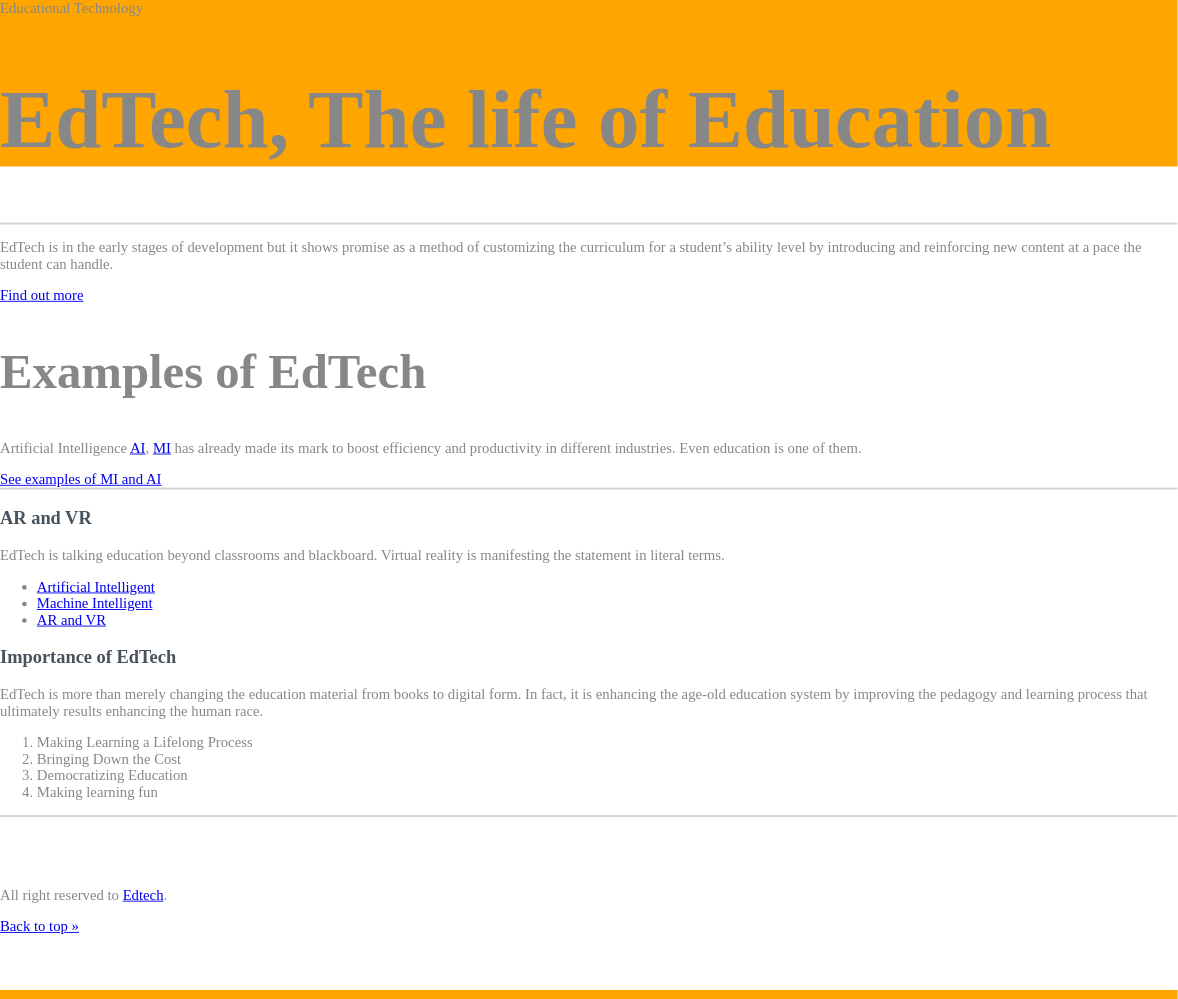
Repository: tunmishyi/edtech
Page: index.html
These files come from the project's save history. The page is drawn as it stood at one moment and after the next save; the edit follows.
The browser window is 1280 px wide. The pictures show the whole page, at 92% of full size.

Above is the page before, as saved 2020-06-06 17:35:57.

### index.html
<html>
	<head>
		<title>EdTech</title>
		<link rel="stylesheet" href="/home/peterolayinka/Documents/archive/tutorial/jumoke/css/style.css">
	</head>
	<body>
		<header id="top" class="main-header">
			<span>Educational Technology</span>
			<h1>EdTech, The life of Education</h1>
		</header>

		<div class="primary-content, t-border">
			<p>
					EdTech is in the early stages of development but it shows promise as a method of customizing the curriculum for a student’s ability level by introducing and reinforcing new content at a pace the student can handle.
			</p>
			<a href="#">Find out more</a>
			<h2>Examples of EdTech</h2>
			<p>
				Artificial Intelligence <a href="#">AI</a>, <a href="#">MI</a> has already made its mark to boost efficiency and productivity in different industries. Even education is one of them.
			</p>
			<a href="#" class="callout">See examples of MI and AI</a>
		</div>

		<div class="secondary-content t-border">
			<h3>AR and VR</h3>
				<p>
					EdTech is talking education beyond classrooms and blackboard. Virtual reality is manifesting the statement in literal terms.
				</p>
				<ul>
					<li><a href="#">Artificial Intelligent</a></li>
					<li><a href="#">Machine Intelligent</a></li>
					<li><a href="#">AR and VR</a></li>
				</ul>
				<h3>Importance of EdTech</h3>
				<p>
					EdTech is more than merely changing the education material from books to digital form. In fact, it is enhancing the age-old education system by improving the pedagogy and learning process that ultimately results enhancing the human race.
				</p>
				<ol>
					<li>Making Learning a Lifelong Process</li>
					<li>Bringing Down the Cost</li>
					<li>Democratizing Education</li>
					<li>Making learning fun</li>
				</ol>
			</div>

			<footer id="main-footer" class="t-border">
				<p>All right reserved to <a href="#">Edtech</a>.</p>
				<a href="#top">Back to top &raquo;</a>
			</footer>
	</body>
</html>

### style.css

body {
   color: #878787;
   margin: 0;
}
.main-header {
    background-color: orange;
}

h1 {
    font-size: 90px;
    color: wite;
    }

    h2 {
        font-size: 53px;
    }

    h3 {
        font-size: 20px;
        color: #48525c;
    }

    .primary-content {
        text-align: center
    }

    .secondary-content {
        border-top: 2px solid lightgrey;
    }

    .t-border {
        border-top: 2px solid lightgrey;
    }

    #main-footer {
        padding-top: 60px;
        padding-bottom: 60px;
        border-bottom: solid 10px orange;
    }

After the next save:
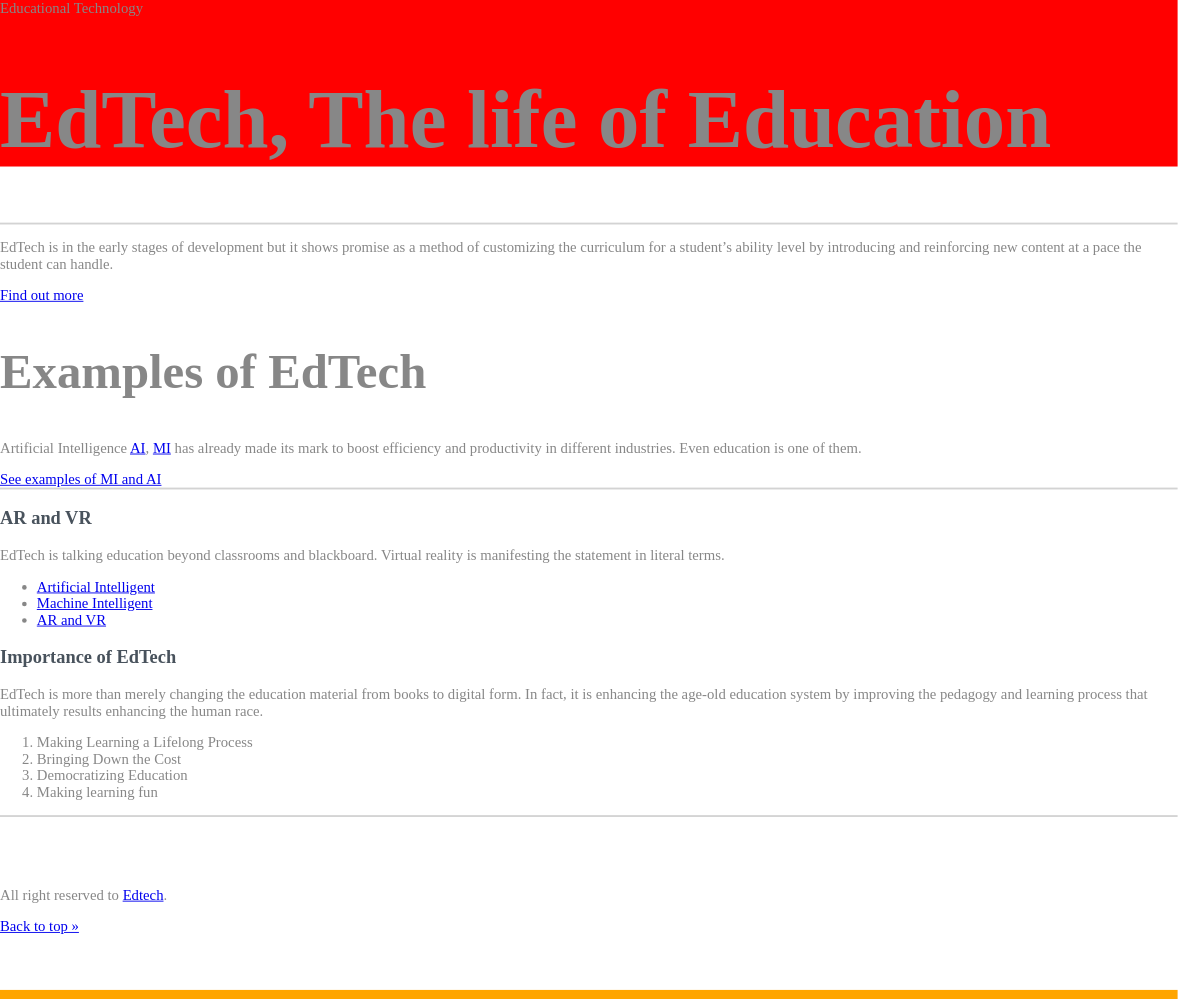
Saved 2 min 4 s later.
--- a/style.css
+++ b/style.css
@@ -2,6 +2,10 @@
 body {
    color: #878787;
    margin: 0;
+}
+
+#top {
+    background-color: red;
 }
 .main-header {
     background-color: orange;
@@ -25,10 +29,6 @@
         text-align: center
     }
 
-    .secondary-content {
-        border-top: 2px solid lightgrey;
-    }
-
     .t-border {
         border-top: 2px solid lightgrey;
     }

After the save that followed:
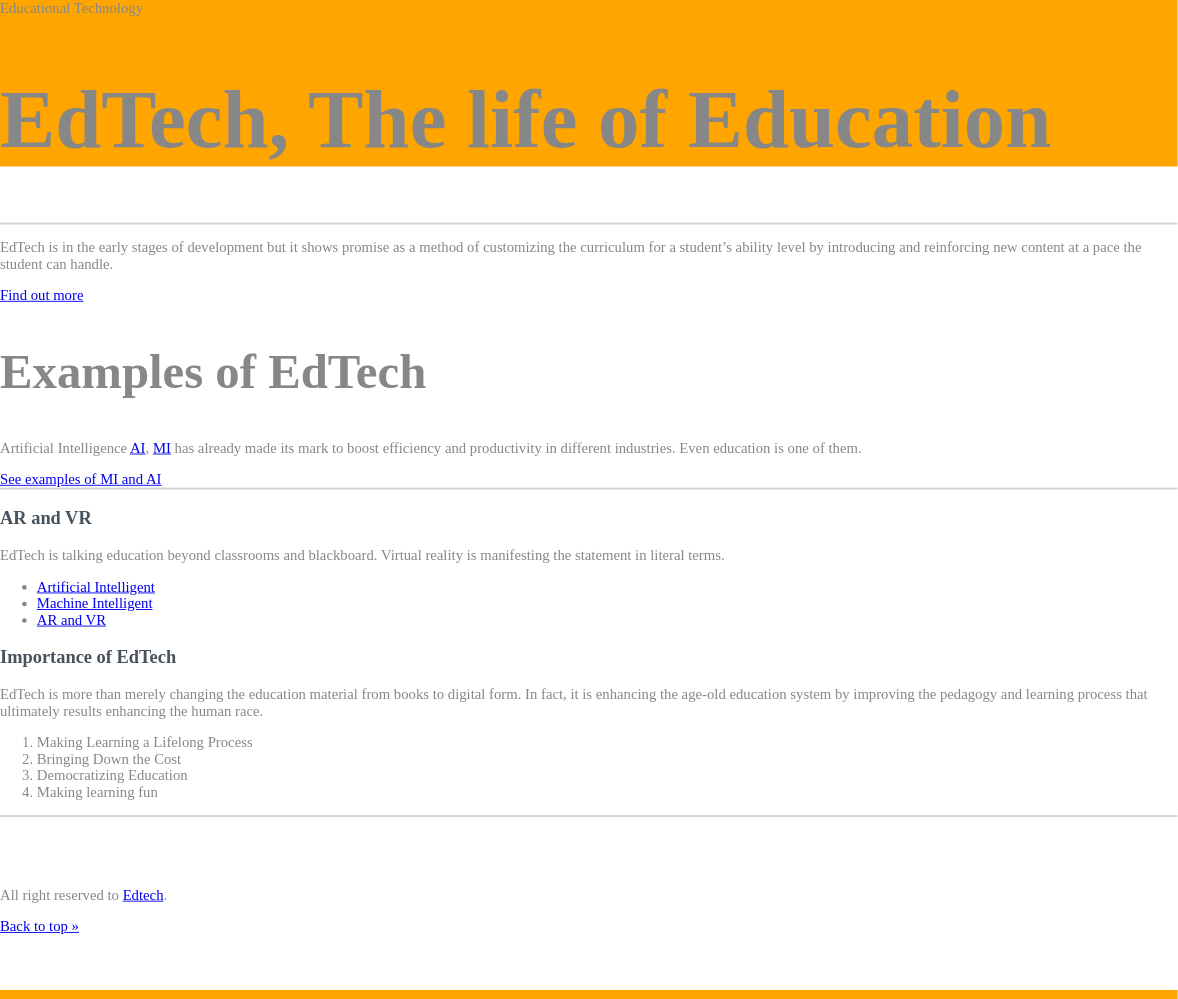
Saved 60 s later.
--- a/style.css
+++ b/style.css
@@ -4,9 +4,6 @@
    margin: 0;
 }
 
-#top {
-    background-color: red;
-}
 .main-header {
     background-color: orange;
 }
